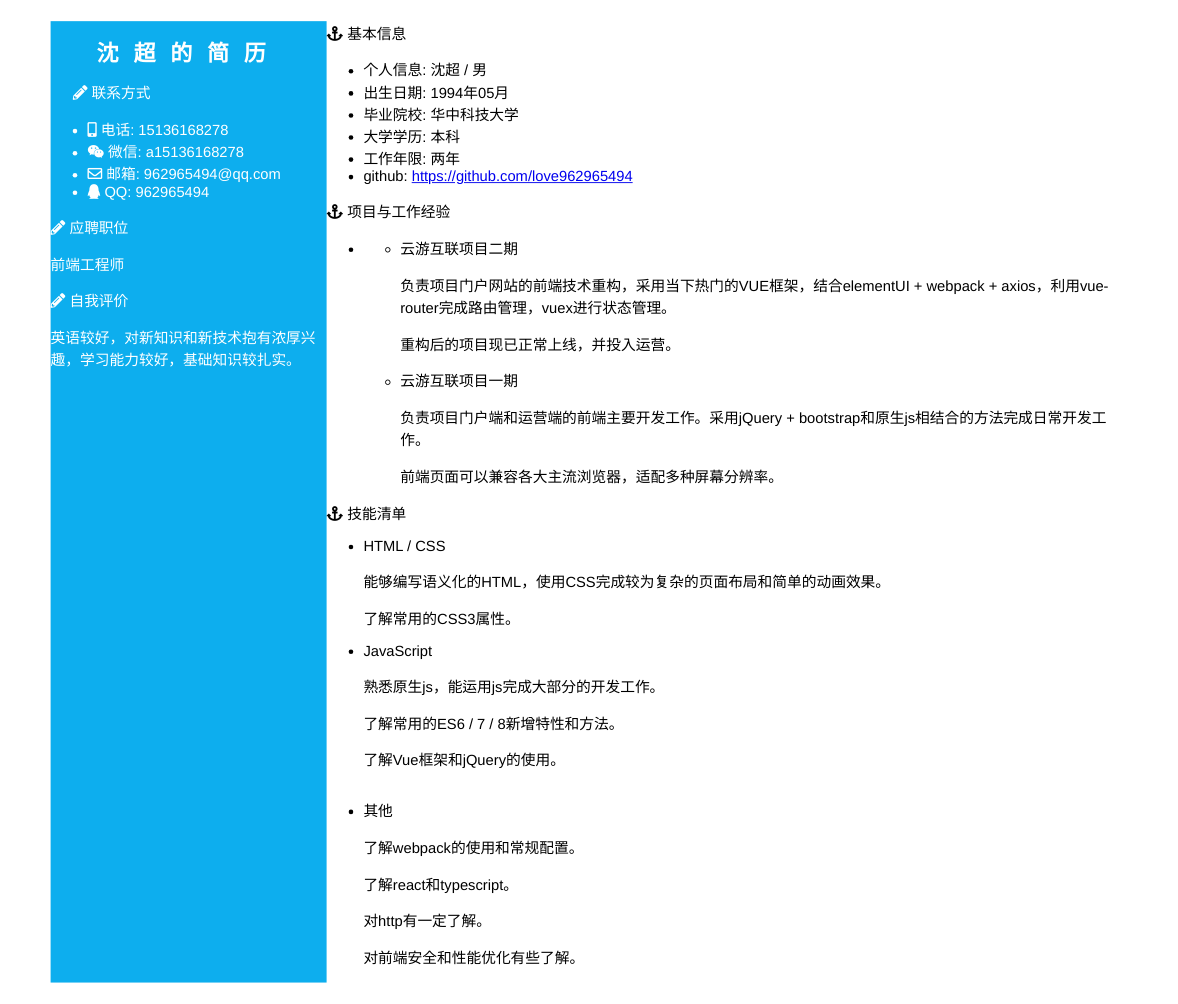
Repository: love962965494/my-resume
Page: index.html
An editor plug-in stored every save of this project. The page is shown before and after the next save, followed by the edit.
The browser window is 1280 px wide. The pictures show the whole page, at 92% of full size.
Some web libraries are served in a nearby version. The style sheet was rebuilt from its Sass, Less or Tailwind sources for each picture, by a compiler version that may differ from the author's.

Above is the page before, as saved 2018-09-02 17:27:34.

After the next save:
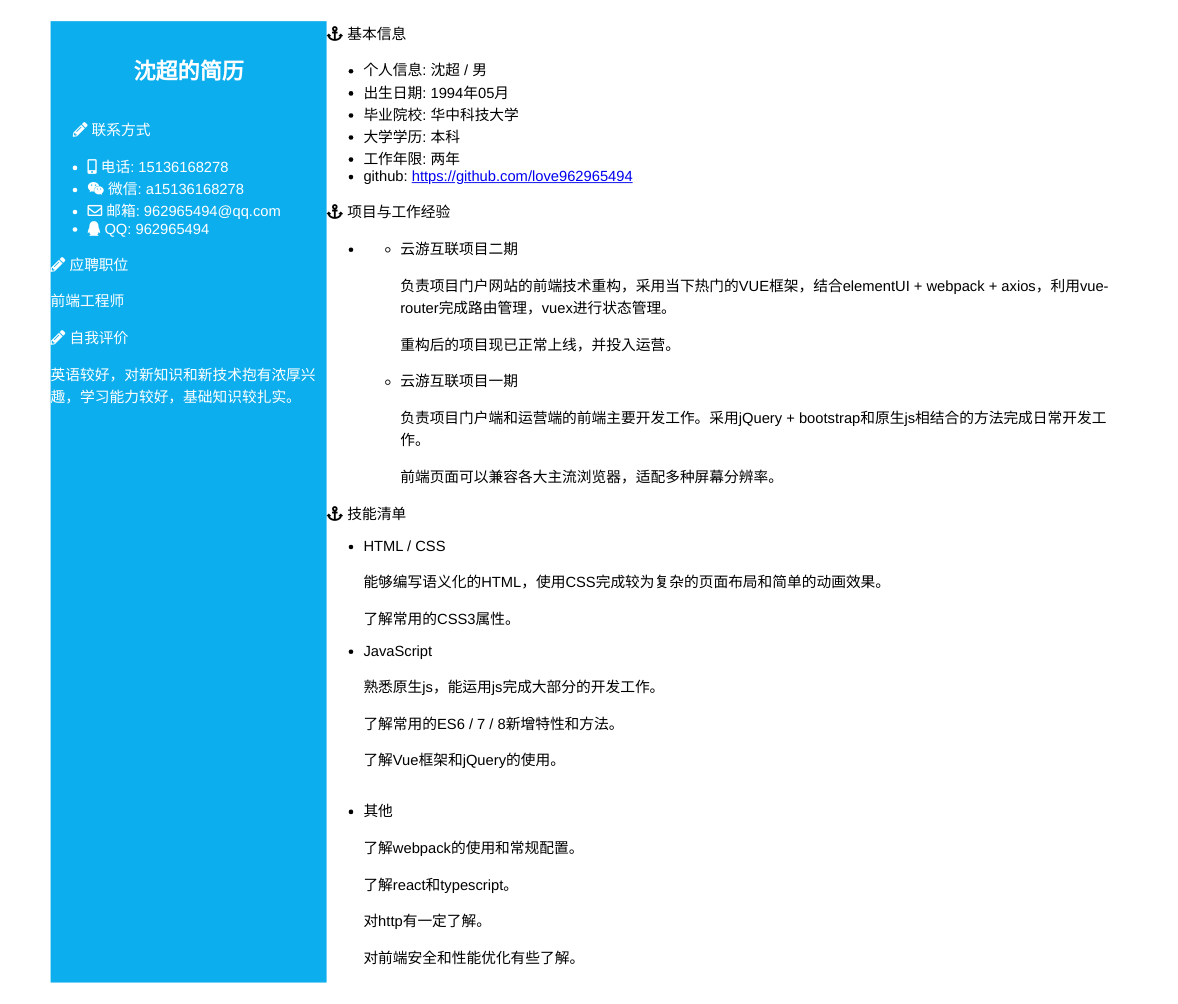
Saved 25 s later.
--- a/index.html
+++ b/index.html
@@ -17,7 +17,7 @@
     <aside class="content__left">
       <!-- 头像区域 -->
       <div class="content__left--title">
-        <h2>沈超的简历</h2>
+        <h1>沈超的简历</h1>
       </div>
 
       <!-- 联系方式区域 -->

After the save that followed:
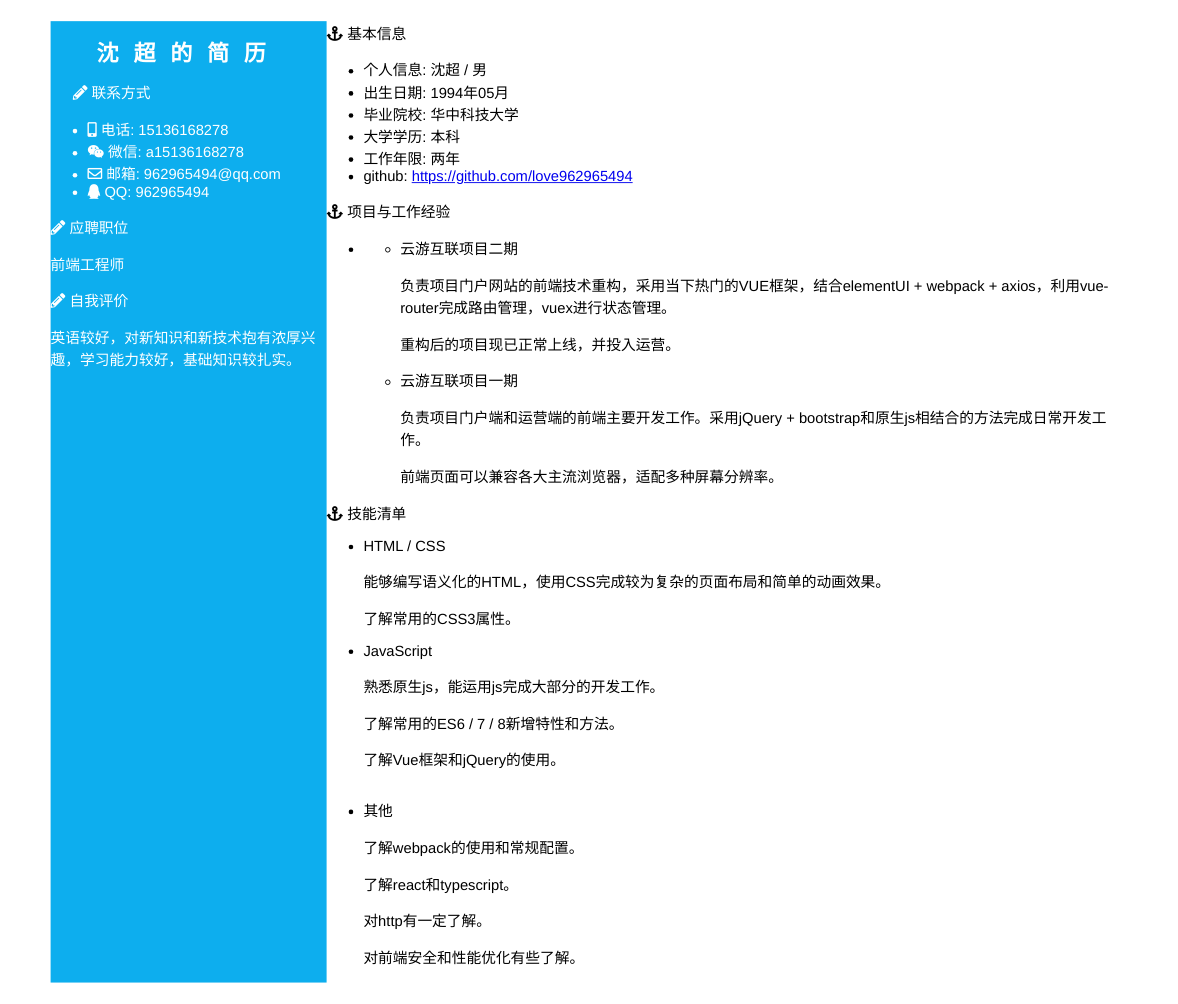
Saved 5 s later.
--- a/styles/myResume.scss
+++ b/styles/myResume.scss
@@ -38,7 +38,7 @@
     @include text-center;
     margin: 15px;
 
-    & > h2 {
+    & > h1 {
       margin: 0;
       white-space: nowrap;
       letter-spacing: 1rem;
